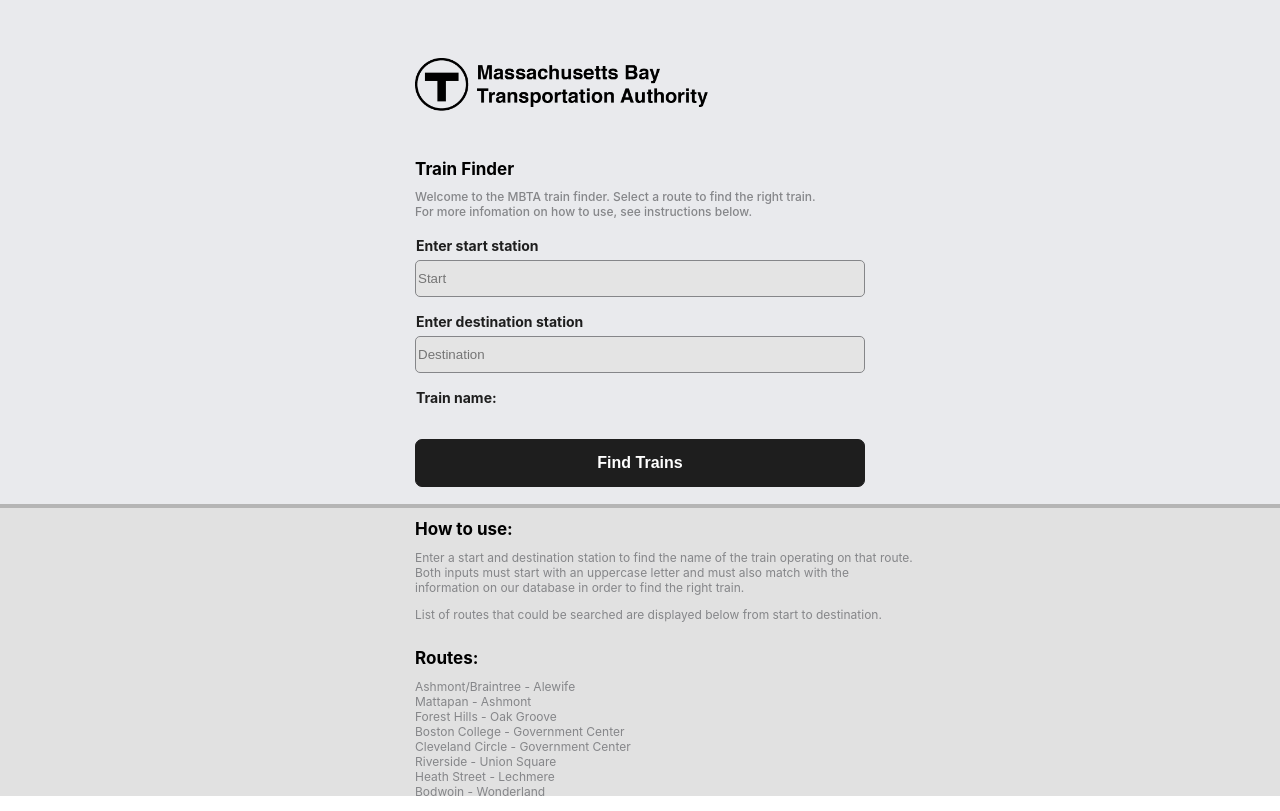
Repository: jumadesigns/mbta-train-finder
Page: / (app in mbta-app/)
An editor plug-in stored every save of this project. The page is shown before and after a run of saves, followed by the edit.
The browser window is 1280 px wide. The pictures show the whole page.
The page's requests for data from a server got no answer. The project was rebuilt for these pictures with package versions that can differ from the ones it lists, and the page was loaded fresh each time. No one was signed in, and anything a server would have sent is missing.

Above is the page before, as saved 2022-09-26 23:54:11.

### mbta-app/src/index.css
body {
  margin: 0;
  font-family: -apple-system, BlinkMacSystemFont, "Segoe UI", "Roboto", "Oxygen",
    "Ubuntu", "Cantarell", "Fira Sans", "Droid Sans", "Helvetica Neue",
    sans-serif;
  -webkit-font-smoothing: antialiased;
  -moz-osx-font-smoothing: grayscale;
  height: 100vh;
}

.App {
  text-align: center;
}

.App-logo {
  margin-top: 3vh;
  max-width: 65%;
  max-height: 65%;
  margin-right: 25vh;
}

.header-title {
  text-align: left;
  margin-top: 6vh;
  font-size: 17px;
}

.header-subtitle {
  color: #858689;
  font-size: 12px;
  font-weight: 500;
  text-align: left;
  margin-top: -1vh;
}

.input-div {
  display: flex;
  flex-direction: column;
  justify-content: center;
  align-items: center;
  background-color: #e9eaed;
  height: 70vh;
}

.input-container {
  margin-top: 2vh;
  height: 50vh;
  width: 450px;
  margin-bottom: 12vh;
}

.mbta-input-container {
  display: flex;
  flex-direction: column;
  justify-content: space-between;
  align-items: left;
}

.label-title {
  font-size: 14px;
  color: #1e1e1e;
  text-align: left;
  padding: 1px;
  margin: 5px;
  margin-bottom: 10px;
  margin-left: 0px;
}

.find-train-button {
  height: 48px;
  background-color: #1e1e1e;
  color: white;
  border: 1.5px solid #1e1e1e;
  border-radius: 7px;
}

.button-text {
  text-align: center;
  font-size: 16px;
  margin-top: 13px;
}

.input-bar {
  background: #e4e4e4;
  border: 1.5px solid #858689;
  border-radius: 5px;
  height: 33px;
  margin-bottom: 10px;
  margin-top: -5px;
}

.train-title {
  margin-bottom: 0vh;
}

#train-name {
  font-weight: 700;
  font-size: 20px;
  color: #1e1e1e;
  margin-bottom: 0px;
}

#train-name-not-found {
  font-size: 15px;
  font-weight: 700;
  margin-top: 0vh;
  color: red;
}

#error-message {
  margin-top: 1vh;
  color: red;
  font-size: 15px;
  font-weight: 700;
}

.bottom-container {
  position: absolute;
  bottom: 40;
  width: 100%;
  background-color: #e1e1e1;
  border-top: 4px #b5b5b5 solid;
  height: 40vh;
  display: flex;
  flex-direction: column;
  justify-content: center;
  align-items: center;
}

.bottom-center-div {
  height: 400px;
  width: 450px;
  margin-top: -10px;
  top: 40%;
  position: static;
  /*background-color: blue;*/
}

.bottom-section-title-1 {
  position: absolute;
  font-weight: 700;
  font-size: 17px;
  margin-top: 5vh;
  margin-right: 25vw;
}

.bottom-section-title-2 {
  position: absolute;
  font-weight: 700;
  font-size: 17px;
  margin-top: 2vh;
  margin-right: 25vw;
}

.bottom-section-paragraph-1 {
  font-size: 12px;
  text-align: left;
  color: #858689;
  margin-top: 9.3vh;
  width: 500px;
}

.bottom-section-paragraph-2 {
  font-size: 12px;
  text-align: left;
  color: #858689;
  margin-top: 8vh;
  width: 500px;
}

### mbta-app/src/App.js
import logo from "./logo.png";
import "./index.css";
import Input from "./Input";

/*

  My name is Victor Nite. Thank you for allowing me the opportunity to build this app.
  Although i was required to just complete the steps on the instruction, I went ahead to implement
  some additional functionalities to enhance the the user experience of the app. Here is what i added.

  1. ** Validation Checks **
  Since the name of the stops returned from the API are case sensitive and a user might not know that, I
  implemented validation check to inform the user that the first letter of each word must be case sensitive.
  I also implemented another validation to the check if the stations are not entered correctly.

  2. ** List the stations **
  I also thought a first time user might not know what to search for or how to combine
  the right stations to find a train. So i displayed a list of the stations to aide first time users.

  3. ** Interactive UI **
  I implemented an interactive UI with the official MBTA logo and their style guidelines. I also displayed
  instructions on how to use the app on the UI


  ** ISSUES I HAD **
  I was able to attempt all the steps however, i couldn't make progess with Step 2 simply because all the objects
  with the MBTA trains all returned 2 stops so there was nothing to compare them with.


  I added some comment alongside some of the code for better understanding on my thought process.

*/

function App() {
  return (
    <div className="App">
      <div className="input-div">
        <div className="input-container">
          <header className="App-header">
            <img src={logo} className="App-logo" alt="logo" />
            <h3 className="header-title">Train Finder</h3>
            <p className="header-subtitle">
              Welcome to the MBTA train finder. Select a route to find the right train. <br></br>
              For more infomation on how to use, see instructions below.
            </p>
          </header>

          <Input />
        </div>
      </div>
      <div className="bottom-container">
        <div className="bottom-center-div">
          <h3 className="bottom-section-title-1">How to use:</h3>

          <p className="bottom-section-paragraph-1">
            Enter a start and destination station to find the name of the train
            operating on that route. Both inputs must start with an uppercase
            letter and must also match with the information on our database in
            order to find the right train.
            <p>
              List of routes that could be searched are displayed below from
              start to destination.
            </p>
          </p>

          <h3 className="bottom-section-title-2">Routes:</h3>

          <p className="bottom-section-paragraph-2">
            Ashmont/Braintree - Alewife <br></br>
            Mattapan - Ashmont <br></br>
            Forest Hills - Oak Groove <br></br>
            Boston College - Government Center <br></br>
            Cleveland Circle - Government Center <br></br>
            Riverside - Union Square <br></br>
            Heath Street - Lechmere <br></br>
            Bodwoin - Wonderland <br></br>
          </p>
        </div>
      </div>
    </div>
  );
}

export default App;

### mbta-app/src/Input.js
import "./index.css";
import Axios from "axios";
import React from "react";
import { useEffect, useState } from "react";

/*

  My name is Victor Nite. Thank you for allowing me the opportunity to build this app.
  Although i was required to just complete the steps on the instruction, I went ahead to implement
  some additional functionalities to enhance the the user experience of the app. Here is what i added.

  1. ** Validation Checks **
  Since the name of the stops returned from the API are case sensitive and a user might not know that, I
  implemented validation check to inform the user that the first letter of each word must be case sensitive.
  I also implemented another validation to the check if the stations are not entered correctly.

  2. ** List the stations **
  I also thought a first time user might not know what to search for or how to combine
  the right stations to find a train. So i displayed a list of the stations to aide first time users.

  3. ** Interactive UI **
  I implemented an interactive UI with the official MBTA logo and their style guidelines. I also displayed
  instructions on how to use the app on the UI


  ** ISSUES I HAD **
  I was able to attempt all the steps however, i couldn't make progess with Step 2 simply because all the objects
  with the MBTA trains all returned 2 stops so there was nothing to compare them with.


  I added some comment alongside some of the code for better understanding on my thought process.

*/

function Input() {
  const [responseData, setResponseData] = useState([]);
  const [start, setStart] = useState("");
  const [destination, setDestination] = useState("");
  const [foundTrains, setFoundTrains] = useState("");
  const [errorText, setErrorText] = useState("");
  const [notFound, setNotFound] = useState("");

  //Makes the API call for Step 1 whenever the page loads.
  useEffect(() => {
    getData();
  }, []);

  //Checks on when there is no input.
  useEffect(() => {
    if (start === "" && destination === "") {
      setNotFound("");
      setErrorText("");
      setFoundTrains("");
    }
  }, [start, destination]);

  //Checks for inputs with the wrong answer.
  useEffect(() => {
    if (notFound !== "") {
      setFoundTrains("");
    }
  }, [notFound]);

  //Checks for when wrong answer is deleted.
  useEffect(() => {
    if (start && destination) {
      setNotFound("");
      console.log(start, destination);
    }
  }, [start, destination]);

  const handleStartChange = (event) => {
    const word = event.target.value;

    //Checks for validation to make sure first letter is uppercase. (New Feature)
    if (word.charAt(0) === word.charAt(0).toLowerCase()) {
      setErrorText(
        "*First letter must be Uppercase! Please delete and type again"
      );
    } else if (word.charAt(0) === word.charAt(0).toUpperCase()) {
      setErrorText("");
    }
    setStart(word);
  };

  const handleDestinationChange = (event) => {
    const word = event.target.value;

    //Checks for validation to make sure first letter is uppercase. (New Feature)
    if (word.charAt(0) === word.charAt(0).toLowerCase()) {
      setErrorText(
        "*First letter must be Uppercase! Please delete and type again"
      );
    } else if (word.charAt(0) === word.charAt(0).toUpperCase()) {
      setErrorText("");
    }
    setDestination(word);
  };

  const FindTrains = () => {
    const findTrains = responseData.filter((train) => {
      return (
        train.attributes.direction_destinations.includes(start) &&
        train.attributes.direction_destinations.includes(destination)
      );
    });

    //Checks for when the search returns no data, updates the state to display a message.
    if (findTrains.length > 0) {
      const found = findTrains
        .map((train) => train.attributes.long_name)
        .join("line, ");
      setFoundTrains(found);
    } else {
      setNotFound(
        "*No train was found! Please clear all inputs and search again."
      );
    }
  };

  const getData = () => {
    /*
        Fetch the API. Using the second API link because it returns a more
        filtered list unlike the first one.
    */
    Axios.get("https://api-v3.mbta.com/routes?filter[type]=0,1").then(
      (response) => {
        //Put response in a variable
        const res = response.data;
        //console.log(res.data);

        //Map through the res variable to log to the name of trains to the console as required for Step 1.
        res.data.map((val) => console.log(val.attributes.long_name));

        //Set response to the state
        setResponseData(res.data);
      }
    );
  };

  return (
    <div className="">
      <div className="mbta-input-container">
        <h4 className="label-title">Enter start station</h4>
        <input
          className="input-bar"
          type="text"
          value={start}
          placeholder="Start"
          onChange={(e) => handleStartChange(e)}
        />
        <h4 className="label-title">Enter destination station</h4>
        <input
          className="input-bar"
          type="text"
          value={destination}
          placeholder="Destination"
          onChange={(e) => handleDestinationChange(e)}
        />
        <h4 className="label-title train-title">Train name:</h4>
        <h2 id="train-name">{foundTrains}</h2>
        <p id="train-name-not-found">{notFound}</p>

        <button onClick={FindTrains} className="find-train-button">
          <h3 className="button-text">Find Trains</h3>
        </button>

        <span id="error-message">{errorText}</span>
      </div>
    </div>
  );
}

export default Input;

Loaded but not shown: mbta-app/public/index.html (common file); mbta-app/src/index.js (common file)

After the next 2 saves:
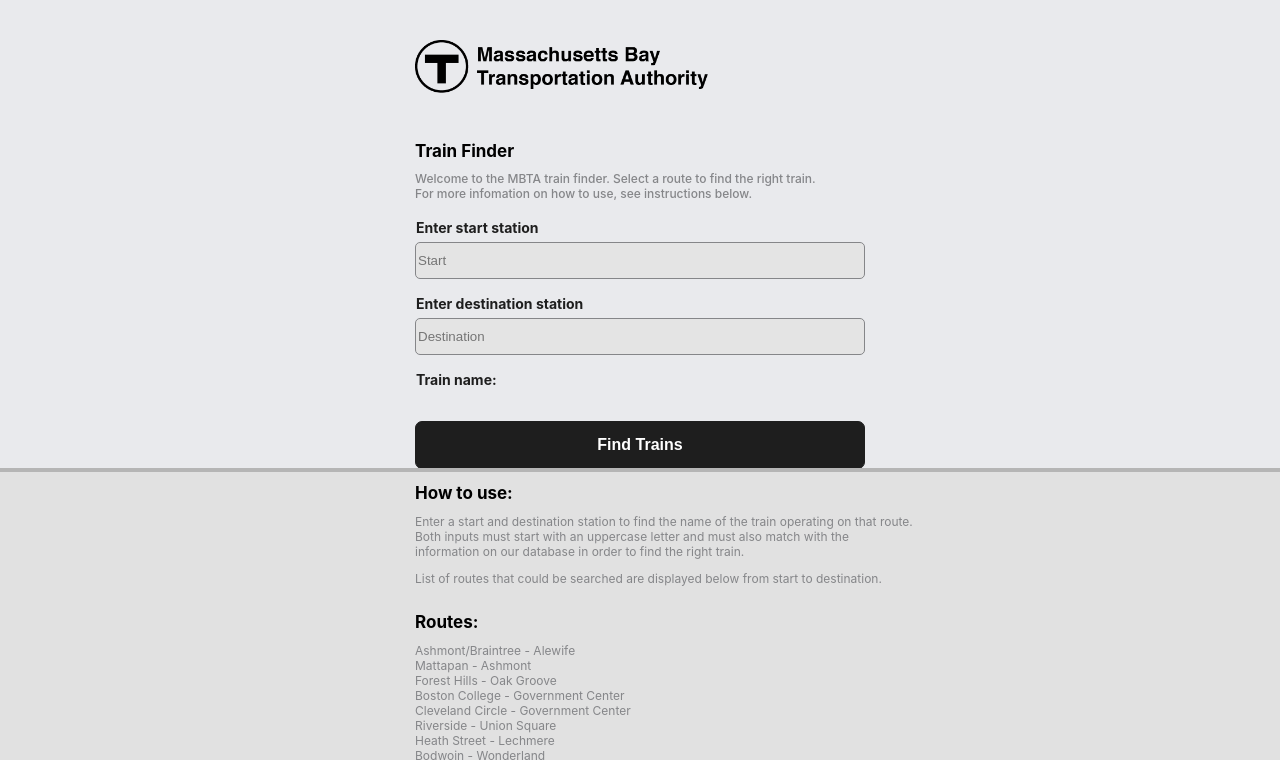
The 2 saves are shown as one change because they came seconds apart.
The last was saved 17 s later.
--- a/mbta-app/src/index.css
+++ b/mbta-app/src/index.css
@@ -39,7 +39,7 @@
   justify-content: center;
   align-items: center;
   background-color: #e9eaed;
-  height: 70vh;
+  height: 65vh;
 }
 
 .input-container {
